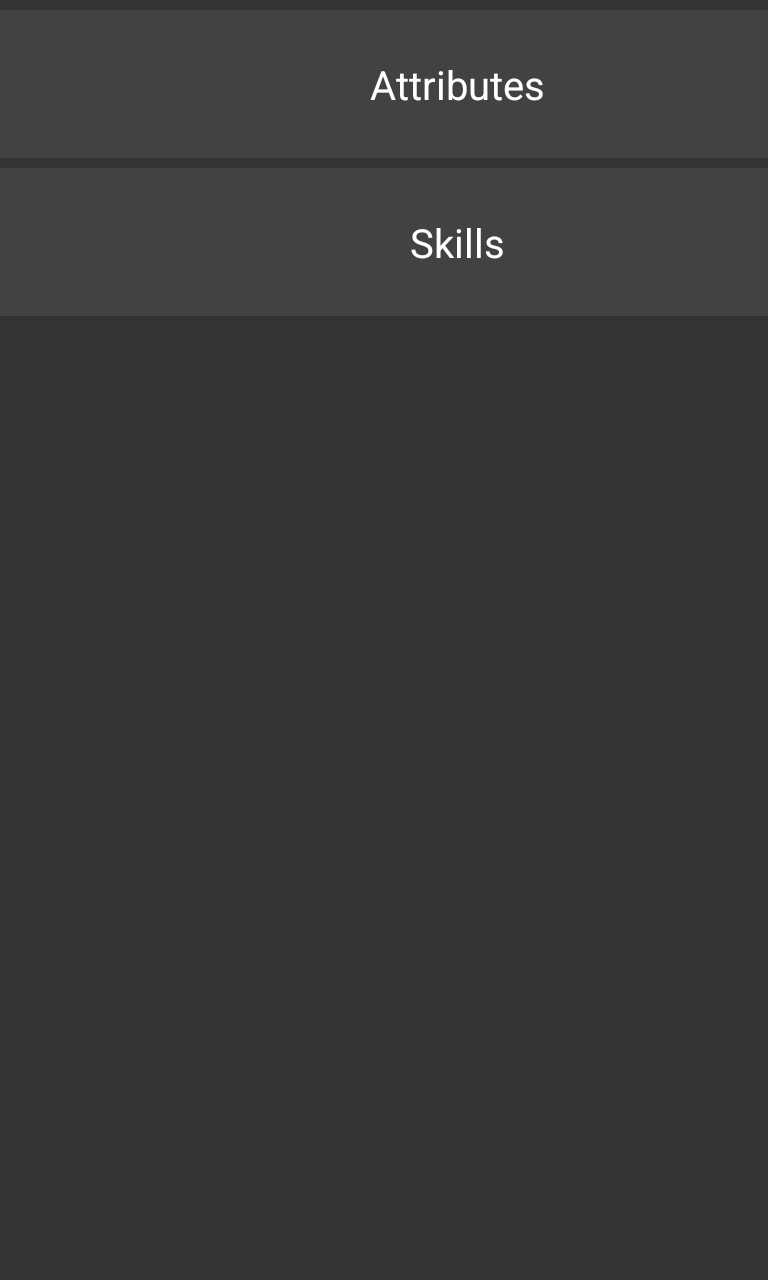
Repository: w9jds/Android-EveProfiler
Layout: EveProfiler/res/layout/drawerview.xml
An editor plug-in stored every save of this project. The layout is shown before and after the next save, followed by the edit.
It is drawn on a 768 x 1280 px phone screen (xhdpi) without system bars, with theme AppTheme; the app's code is not run.

Above is the layout before, as saved 2013-05-12 05:30:13.

### EveProfiler/res/layout/drawerview.xml
<?xml version="1.0" encoding="utf-8"?>
<RelativeLayout xmlns:android="http://schemas.android.com/apk/res/android"
    xmlns:tools="http://schemas.android.com/tools"
    android:layout_width="match_parent"
    android:layout_height="match_parent"
    android:background="@color/grey" >

    <LinearLayout
        android:id="@+id/content"
        android:layout_width="fill_parent"
        android:layout_height="fill_parent"
        android:orientation="vertical" >

        <GridLayout
            android:id="@+id/Attributes"
            android:layout_width="fill_parent"
            android:layout_height="wrap_content"
            android:layout_marginBottom="5dp"
            android:layout_marginTop="5dp"
            android:background="@color/lightgrey"
            android:columnCount="2"
            android:rowCount="1"
            tools:targetApi="14" >

            <ImageView
                android:id="@+id/AttributesPic"
                android:layout_width="64dp"
                android:layout_height="64dp"
                android:layout_column="0"
                android:layout_gravity="center"
                android:layout_marginBottom="5dp"
                android:layout_marginLeft="5dp"
                android:layout_marginRight="5dp"
                android:layout_marginTop="5dp"
                android:layout_row="0" />

            <TextView
                android:id="@+id/AttributesLabel"
                android:layout_column="1"
                android:layout_gravity="center"
                android:layout_row="0"
                android:text="Attributes"
                android:textColor="@color/white"
                android:textSize="20sp" />

        </GridLayout>

        <GridLayout
            android:id="@+id/Skills"
            android:layout_width="fill_parent"
            android:layout_height="wrap_content"
            android:layout_marginBottom="5dp"
            android:background="@color/lightgrey"
            android:columnCount="2"
            android:rowCount="1"
            tools:targetApi="14" >

            <ImageView
                android:id="@+id/SkillsPic"
                android:layout_width="64dp"
                android:layout_height="64dp"
                android:layout_column="0"
                android:layout_gravity="center"
                android:layout_marginBottom="5dp"
                android:layout_marginLeft="5dp"
                android:layout_marginRight="5dp"
                android:layout_marginTop="5dp"
                android:layout_row="0" />

            <TextView
                android:id="@+id/SkillsLabel"
                android:layout_column="1"
                android:layout_gravity="center"
                android:layout_row="0"
                android:text="Skills"
                android:textColor="@color/white"
                android:textSize="20sp" />

        </GridLayout>

    </LinearLayout>

</RelativeLayout>

### EveProfiler/res/values/strings.xml
<?xml version="1.0" encoding="utf-8"?>
<resources>

    <string name="title_activity_settings">Settings</string>
    <string name="pref_header_general">General</string>
    <string name="pref_title_keyid">Key ID</string>
    <string name="pref_keyid"></string>
    <string name="pref_title_vCode">Verification Code</string>
    <string name="pref_vCode"></string>

    <string name="app_name">Top Hat</string>
    <string name="action_settings">Settings</string>

    <string name="Api_Uri">https://api.eveonline.com</string>
    <string name="Account_Status">/account/AccountStatus.xml.aspx</string>
    <string name="API_Key_Info">/account/APIKeyInfo.xml.aspx</string>
    <string name="List_Characters">/account/Characters.xml.aspx</string>
    <string name="Account_Balance">/char/AccountBalance.xml.aspx</string>
    <string name="Asset_List">/char/AssetList.xml.aspx</string>
    <string name="Cal_Event_Attendees">/char/CalendarEventAttendees.xml.aspx</string>
    <string name="Character_Sheet">/char/CharacterSheet.xml.aspx</string>
    <string name="Contact_List">/char/ContactList.xml.aspx</string>
    <string name="Contact_Notif">/char/ContactNotifications.xml.aspx</string>
    <string name="Contacts">/char/Contracts.xml.aspx</string>
    <string name="ContractItems">/char/ContractItems.xml.aspx</string>
    <string name="ContractBids">/char/ContractBids.xml.aspx</string>
    <string name="Factional_Warfare_Stats">/char/FacWarStats.xml.aspx</string>
    <string name="Industry_Jobs">/char/IndustryJobs.xml.aspx</string>
    <string name="KillMails">/char/Killlog.xml.aspx</string>
    <string name="Locations">/char/Locations.xml.aspx</string>
    <string name="Mail_Bodies">/char/MailBodies.xml.aspx</string>
    <string name="Mailing_Lists">/char/MailingLists.xml.aspx</string>
    <string name="MailMessHeaders">/char/MailMessages.xml.aspx</string>
    <string name="Market_Orders">/char/MarketOrders.xml.aspx</string>
    <string name="Medals">/char/Medals.xml.aspx</string>
    <string name="Notifications">/char/Notifications.xml.aspx</string>
    <string name="Notification_Text">/char/NotificationTexts.xml.aspx</string>
    <string name="Research">/char/Research.xml.aspx</string>
    <string name="Skill_in_Training">/char/SkillInTraining.xml.aspx</string>
    <string name="Skill_Queue">/char/SkillQueue.xml.aspx</string>
    <string name="NPC_Standings">/char/Standings.xml.aspx</string>
    <string name="Upcoming_Cal_Events">/char/UpcomingCalendarEvents.xml.aspx</string>
    <string name="Wallet_Journal">/char/WalletJournal.xml.aspx</string>
    <string name="Wallet_Transactions">/char/WalletTransactions.xml.aspx</string>

    <string name="Character_Portrait">http://image.eveonline.com/Character/</string>
    <string name="Corp_Logo">http://image.eveonline.com/Corporation/</string>
    <string name="Alliance_Logo">http://image.eveonline.com/Alliance/</string>
    <string name="Type_Icon">http://image.eveonline.com/InventoryType/</string>
    <string name="Render">http://image.eveonline.com/Render/</string>

    <string name="SkillPointsString">Skill Points</string>
    <string name="CloneString">Clone</string>
	<string name="HomeSystemString">Home System</string>
    <string name="BackgroundString">Background</string>
    <string name="DateOBirthString">Date Of Birth</string>
    <string name="SchoolString">School</string>
    <string name="CorporationString">Corporation</string>
    <string name="AllianceString">Alliance</string>
    <string name="SecurityStatusString">Security Status</string>
    <string name="BountyString">Bounty</string>

    <color name="white">#FFFFFF</color>
    <color name="grey">#333333</color>
    <color name="lightgrey">#424243</color>



</resources>

Loaded but not shown: EveProfiler/res/values/styles.xml (common file); EveProfiler/res/values-v11/styles.xml (common file); EveProfiler/res/values-v14/styles.xml (common file)

After the next save:
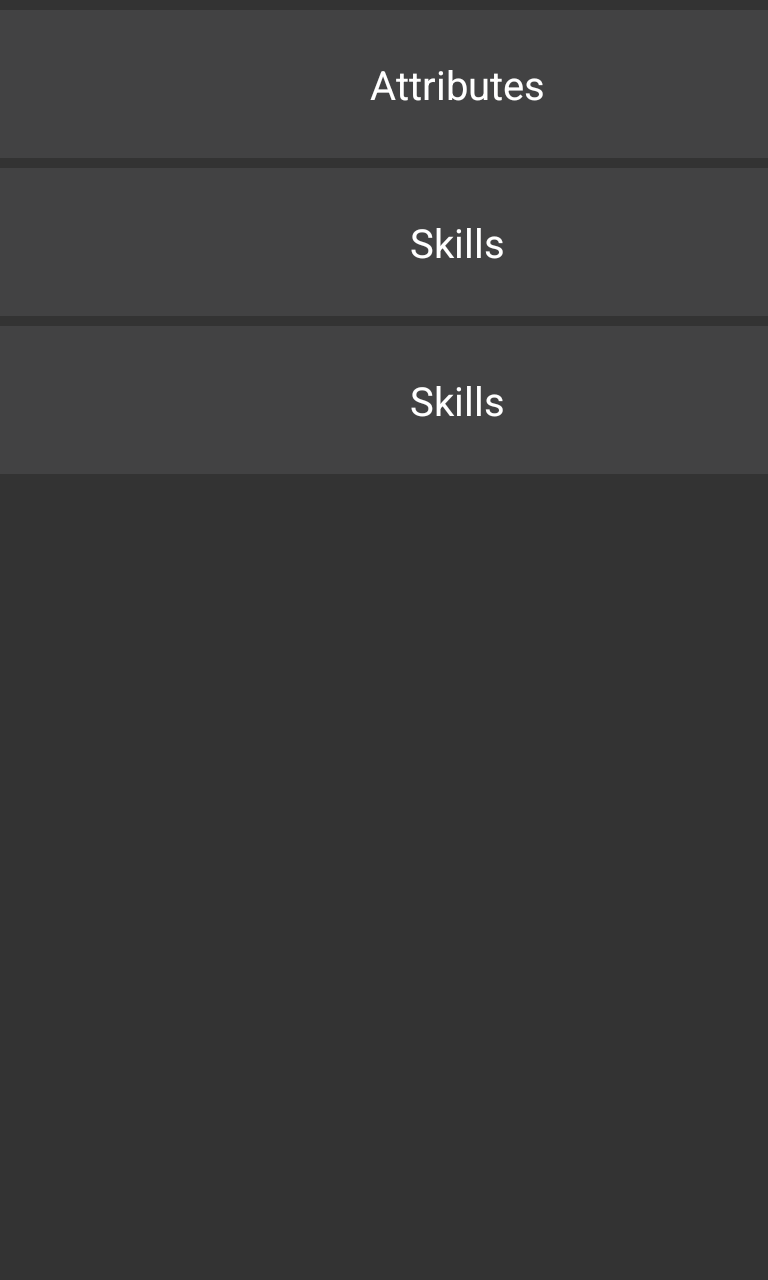
Saved 18 s later.
--- a/EveProfiler/res/layout/drawerview.xml
+++ b/EveProfiler/res/layout/drawerview.xml
@@ -78,6 +78,41 @@
 
         </GridLayout>
 
+        <GridLayout
+            android:id="@+id/Skills"
+            android:layout_width="fill_parent"
+            android:layout_height="wrap_content"
+            android:layout_marginBottom="5dp"
+            android:background="@color/lightgrey"
+            android:columnCount="2"
+            android:rowCount="1"
+            tools:targetApi="14" >
+
+            <ImageView
+                android:id="@+id/SkillsPic"
+                android:layout_width="64dp"
+                android:layout_height="64dp"
+                android:layout_column="0"
+                android:layout_gravity="center"
+                android:layout_marginBottom="5dp"
+                android:layout_marginLeft="5dp"
+                android:layout_marginRight="5dp"
+                android:layout_marginTop="5dp"
+                android:layout_row="0" />
+
+            <TextView
+                android:id="@+id/SkillsLabel"
+                android:layout_column="1"
+                android:layout_gravity="center"
+                android:layout_row="0"
+                android:text="Skills"
+                android:textColor="@color/white"
+                android:textSize="20sp" />
+
+        </GridLayout>
+
+
+
     </LinearLayout>
 
 </RelativeLayout>
